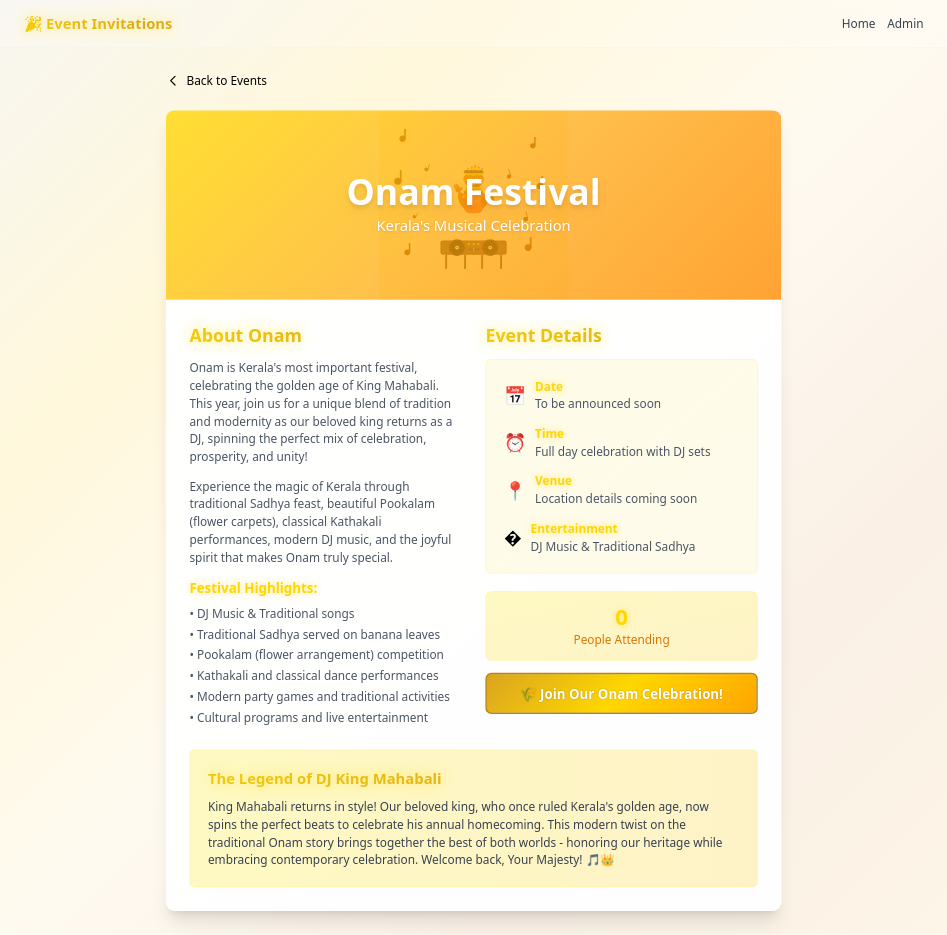
Repository: nanduldas/invitation
Page: http://localhost/event/onam
These files come from the project's save history. The page is drawn as it stood at one moment and after the next save; the edit follows.
The browser window is 1280 px wide. The pictures show the whole page, at 74% of full size.
Some web libraries are served in a nearby version. The page is served by the project's Laravel application, run on PHP 8.4 with Laravel 12. Queries for data that is not in the repository find no rows.

Above is the page before, as saved 2025-08-30 13:49:57.

After the next save:
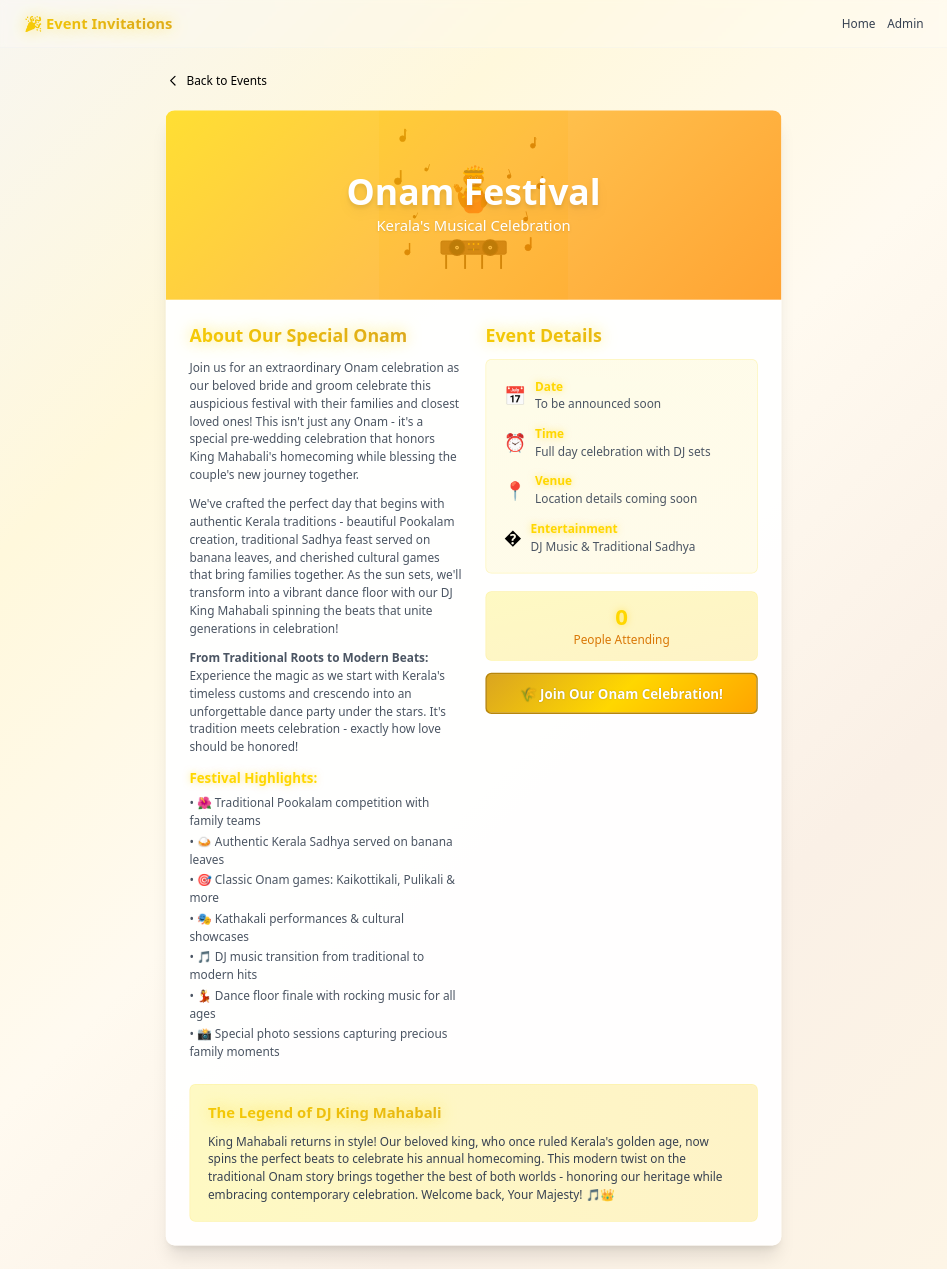
Saved 3 min 56 s later.
--- a/resources/views/events/show.blade.php
+++ b/resources/views/events/show.blade.php
@@ -125,26 +125,35 @@
             <div class="p-8">
                 <div class="grid md:grid-cols-2 gap-8 mb-8">
                     <div>
-                        <h2 class="text-2xl font-bold text-gold-shining mb-4">About Onam</h2>
-                        <p class="text-gray-600 mb-4">
-                            Onam is Kerala's most important festival, celebrating the golden age of King Mahabali.
-                            This year, join us for a unique blend of tradition and modernity as our beloved king
-                            returns as a DJ, spinning the perfect mix of celebration, prosperity, and unity!
-                        </p>
-                        <p class="text-gray-600 mb-4">
-                            Experience the magic of Kerala through traditional Sadhya feast, beautiful Pookalam
-                            (flower carpets), classical Kathakali performances, modern DJ music, and the
-                            joyful spirit that makes Onam truly special.
+                        <h2 class="text-2xl font-bold text-gold-shining mb-4">About Our Special Onam</h2>
+                        <p class="text-gray-600 mb-4">
+                            Join us for an extraordinary Onam celebration as our beloved bride and groom celebrate
+                            this auspicious festival with their families and closest loved ones! This isn't just any
+                            Onam - it's a special pre-wedding celebration that honors King Mahabali's homecoming
+                            while blessing the couple's new journey together.
+                        </p>
+                        <p class="text-gray-600 mb-4">
+                            We've crafted the perfect day that begins with authentic Kerala traditions - beautiful
+                            Pookalam creation, traditional Sadhya feast served on banana leaves, and cherished
+                            cultural games that bring families together. As the sun sets, we'll transform into
+                            a vibrant dance floor with our DJ King Mahabali spinning the beats that unite
+                            generations in celebration!
+                        </p>
+                        <p class="text-gray-600 mb-4">
+                            <strong>From Traditional Roots to Modern Beats:</strong> Experience the magic as we
+                            start with Kerala's timeless customs and crescendo into an unforgettable dance party
+                            under the stars. It's tradition meets celebration - exactly how love should be honored!
                         </p>
 
                         <h3 class="text-lg font-semibold text-gold mb-2">Festival Highlights:</h3>
                         <ul class="text-gray-600 space-y-1">
-                            <li>• DJ Music & Traditional songs</li>
-                            <li>• Traditional Sadhya served on banana leaves</li>
-                            <li>• Pookalam (flower arrangement) competition</li>
-                            <li>• Kathakali and classical dance performances</li>
-                            <li>• Modern party games and traditional activities</li>
-                            <li>• Cultural programs and live entertainment</li>
+                            <li>• 🌺 Traditional Pookalam competition with family teams</li>
+                            <li>• 🍛 Authentic Kerala Sadhya served on banana leaves</li>
+                            <li>• 🎯 Classic Onam games: Kaikottikali, Pulikali & more</li>
+                            <li>• 🎭 Kathakali performances & cultural showcases</li>
+                            <li>• 🎵 DJ music transition from traditional to modern hits</li>
+                            <li>• 💃 Dance floor finale with rocking music for all ages</li>
+                            <li>• 📸 Special photo sessions capturing precious family moments</li>
                         </ul>
                     </div>                    <div>
                         <h2 class="text-2xl font-bold text-gold-shining mb-4">Event Details</h2>
